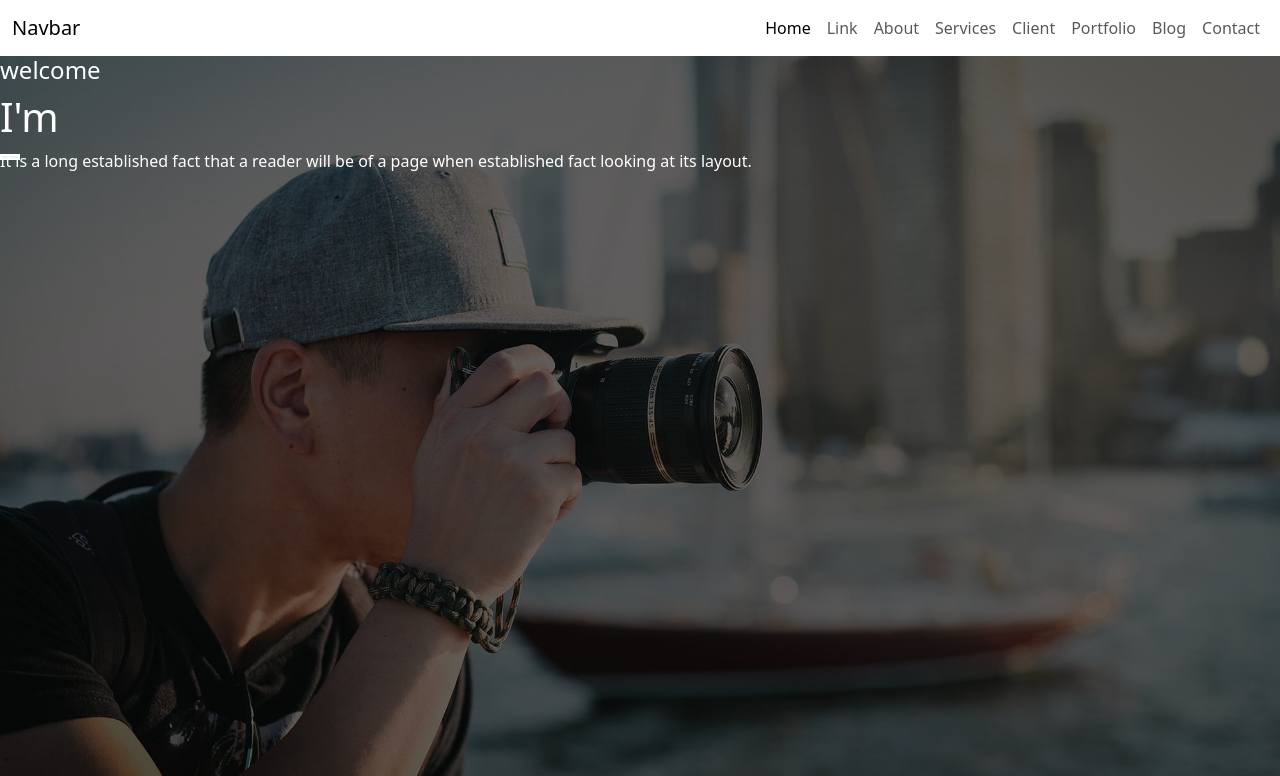
Repository: khaledradwan96/Kerri
Page: index.html
An editor plug-in stored every save of this project. The page is shown before and after the next save, followed by the edit.
The browser window is 1280 px wide. The pictures show the whole page.

Above is the page before, as saved 2024-05-06 20:04:50.

### index.html
<!DOCTYPE html>
<html lang="en">

<head>
    <meta charset="UTF-8">
    <meta name="viewport" content="width=device-width, initial-scale=1.0">

    <link rel="stylesheet" href="css/all.min.css">
    <link rel="stylesheet" href="css/bootstrap.min.css">
    <link rel="stylesheet" href="css/style.css">

    <title>Kerri</title>
</head>

<body>

    <nav class="navbar navbar-expand-lg">
        <div class="container-fluid">
            <a class="navbar-brand" href="#">Navbar</a>
            <button class="navbar-toggler" type="button" data-bs-toggle="collapse"
                data-bs-target="#navbarSupportedContent" aria-controls="navbarSupportedContent" aria-expanded="false"
                aria-label="Toggle navigation">
                <span class="navbar-toggler-icon"></span>
            </button>
            <div class="collapse navbar-collapse" id="navbarSupportedContent">
                <ul class="navbar-nav ms-auto mb-2 mb-lg-0">
                    <li class="nav-item">
                        <a class="nav-link active" aria-current="page" href="#">Home</a>
                    </li>
                    <li class="nav-item">
                        <a class="nav-link" href="#">Link</a>
                    </li>
                    <li class="nav-item">
                        <a class="nav-link" href="#">About</a>
                    </li>
                    <li class="nav-item">
                        <a class="nav-link" href="#">Services</a>
                    </li>
                    <li class="nav-item">
                        <a class="nav-link" href="#">Client</a>
                    </li>
                    <li class="nav-item">
                        <a class="nav-link" href="#">Portfolio</a>
                    </li>
                    <li class="nav-item">
                        <a class="nav-link" href="#">Blog</a>
                    </li>
                    <li class="nav-item">
                        <a class="nav-link" href="#">Contact</a>
                    </li>
                    </li>
                </ul>
            </div>
        </div>
    </nav>

    <header class="position-relative vh-100 text-white">
        <h4>welcome</h4>
        <h1>
            I'm
            <span></span>
        </h1>

        <p>
            It is a long established fact that a reader will be of a page when established fact looking at its layout.
        </p>

        <button class="scroll-btn"></button>

    </header>




    <script src="js/bootstrap.bundle.min.js"></script>
</body>

</html>

### css/style.css
:root {
}

header {
  background-image: linear-gradient(rgba(0, 0, 0, 0.6), rgba(0, 0, 0, 0.6)),
    url(../images/asset\ 15.jpeg);
  background-position: center;
  background-size: cover;
}

.scroll-btn {
  width: 20px;
  height: 35ps;
  border: solid 2px #fff;
  transform: translateY(-50px);
}

.scroll-btn::after {
  content: "";
  background-color: #fff;
  display: block;
  width: 2px;
  position: absolute;
  height: 20%;
}

Loaded but not shown: css/all.min.css (library); css/bootstrap.min.css (library); js/bootstrap.bundle.min.js (library)

After the next save:
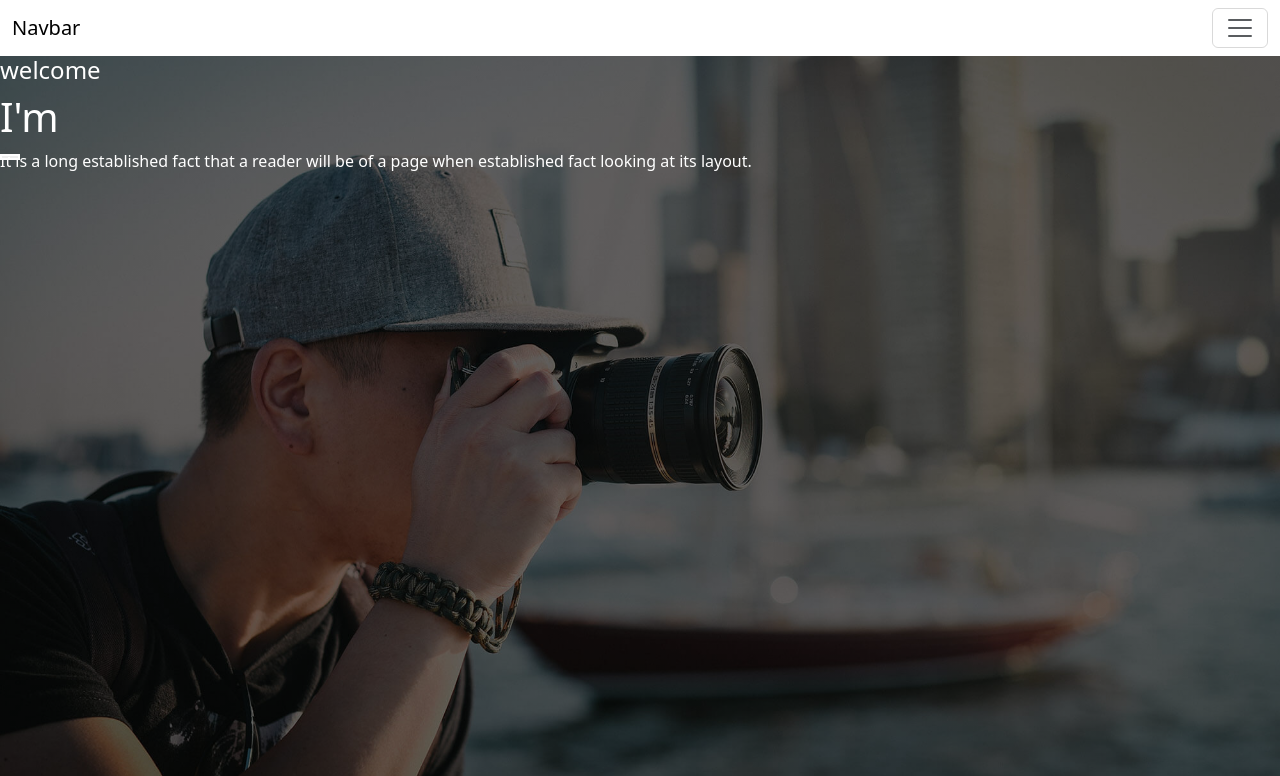
Saved 11 s later.
--- a/index.html
+++ b/index.html
@@ -14,7 +14,7 @@
 
 <body>
 
-    <nav class="navbar navbar-expand-lg">
+    <nav class="navbar">
         <div class="container-fluid">
             <a class="navbar-brand" href="#">Navbar</a>
             <button class="navbar-toggler" type="button" data-bs-toggle="collapse"

After the save that followed:
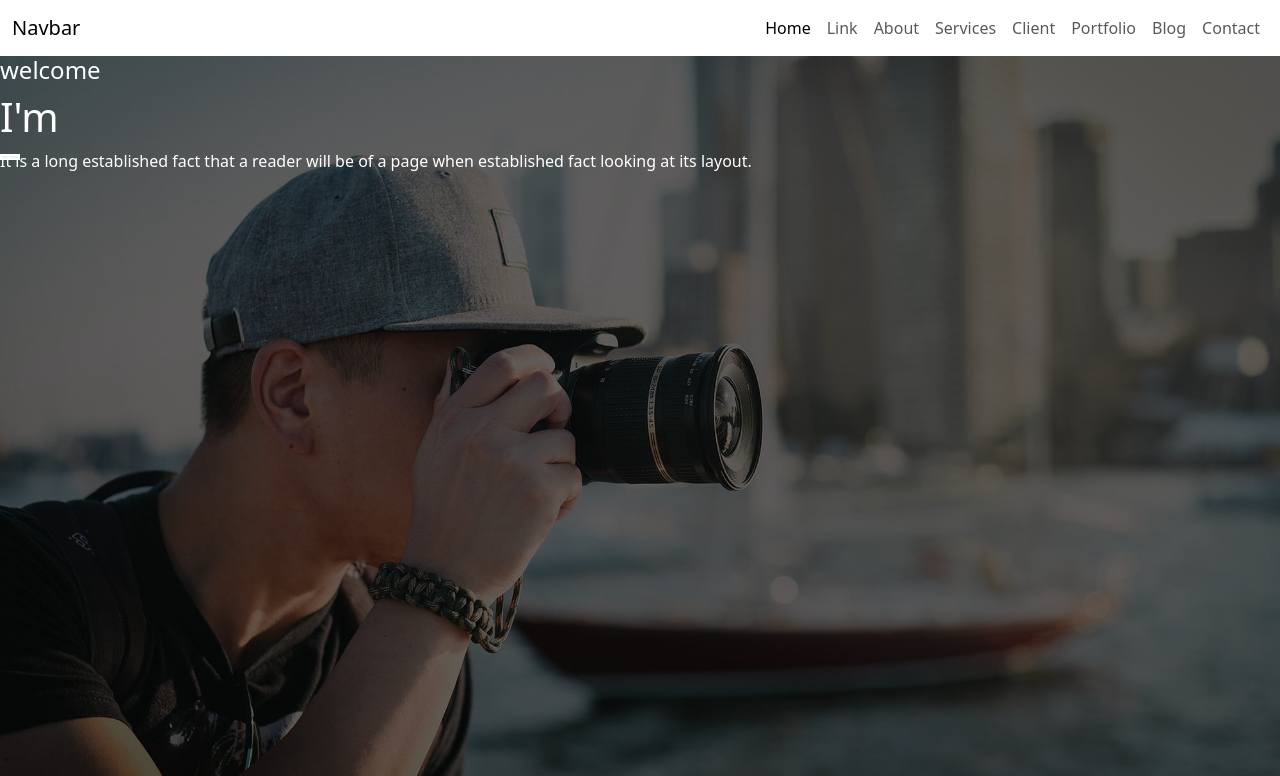
Saved 7 s later.
--- a/index.html
+++ b/index.html
@@ -14,7 +14,7 @@
 
 <body>
 
-    <nav class="navbar">
+    <nav class="navbar navbar-expand-lg">
         <div class="container-fluid">
             <a class="navbar-brand" href="#">Navbar</a>
             <button class="navbar-toggler" type="button" data-bs-toggle="collapse"
